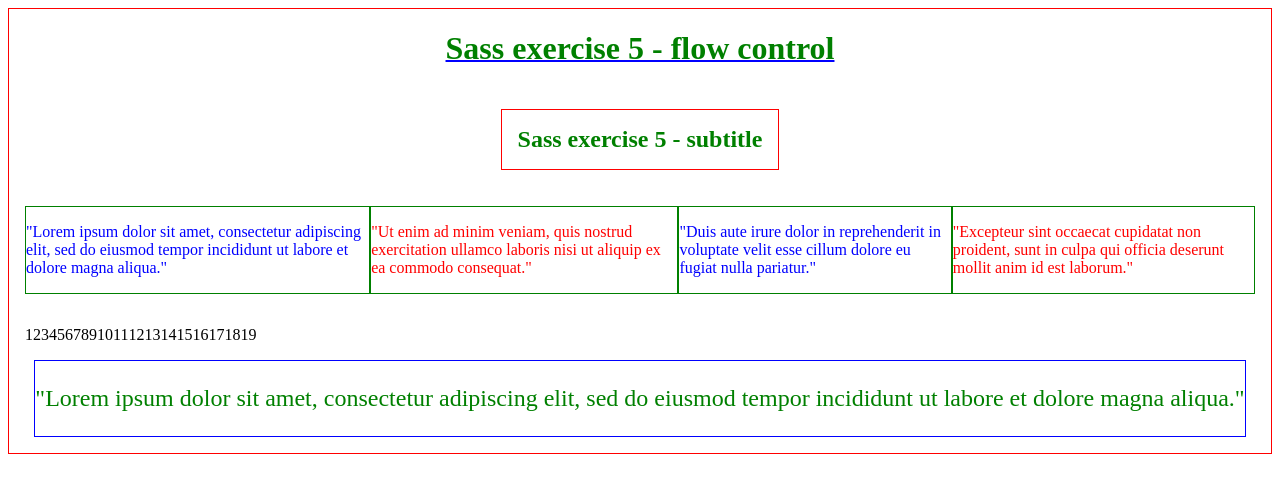
Repository: tr2cky/sass5
Page: index.html
These files come from the project's save history. The page is drawn as it stood at one moment and after the next save; the edit follows.
The browser window is 1280 px wide. The pictures show the whole page.
The style sheet was rebuilt from its Sass, Less or Tailwind sources for each picture, by a compiler version that may differ from the author's.

Above is the page before, as saved 2022-10-16 12:10:40.

After the next save:
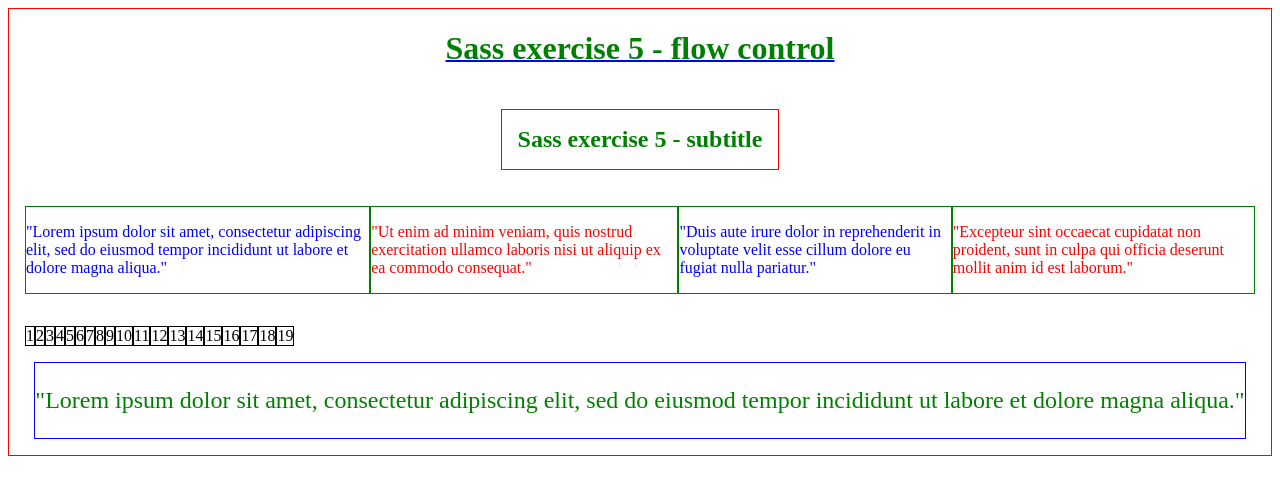
Saved 11 s later.
--- a/style.scss
+++ b/style.scss
@@ -5,6 +5,6 @@
 .numbers {
 display: flex;
 & div {
-    border: 1px
+    border: 1px solid
 }
 }
